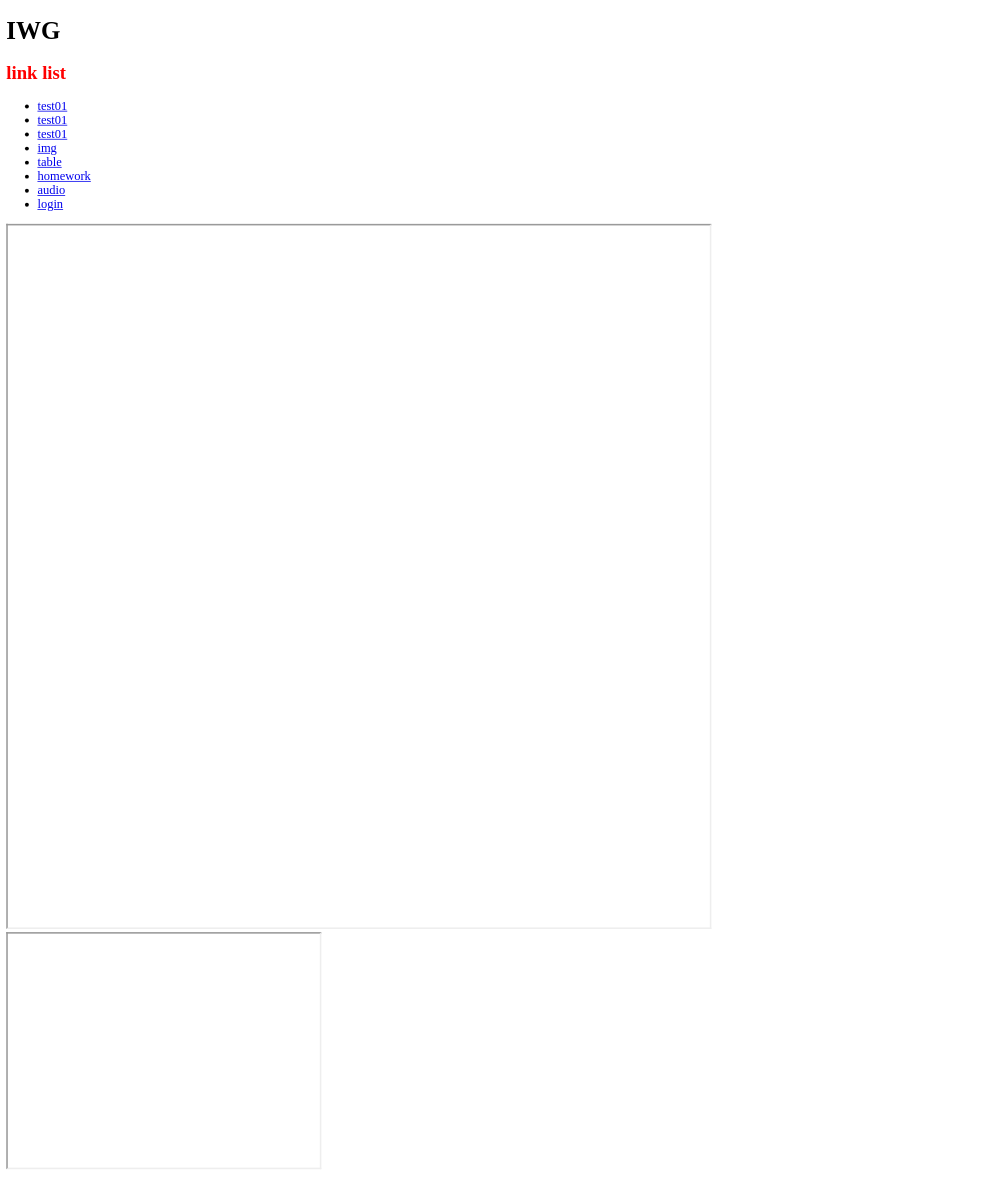
Repository: ssleap/multicampusIoT
Page: workspace190520/edu1/WebContent/index.html
These files come from the project's save history. The page is drawn as it stood at one moment and after the next save; the edit follows.
The browser window is 1280 px wide. The pictures show the whole page, at 78% of full size.

Above is the page before, as saved 2019-05-22 02:17:51.

### workspace190520/edu1/WebContent/index.html
<!DOCTYPE html>
<html>
<head>
<meta charset="UTF-8">
<title>TITLE</title>
</head>
<body>

	<h1 class = "h">IWG</h1>

	<h2 id = "i" class = "h" title = "link list" style = "color : red">
		link list
	</h2>

	<ul>
	<li><a href = "test01.html">test01</a></li>
	<li><a href = "C:/workspace190520/edu1/WebContent/test01.html">test01</a></li>
	<li><a href = "http://70.12.115.57:9090/edu1/test01.html">test01</a></li>
	<li><a href = "./img.html">img</a></li>
	<li><a href = "./table.html" target = "iframe2">table</a></li>
	<li><a href = "./workshop.html" target = "iframe1">homework</a></li>
	<li><a href = "./audio.html">audio</a></li>
	<li><a href = "login.html">login</a></li>
	</ul>

	<iframe name = "iframe1" width = "900"
	height = "900"></iframe>
	<iframe name = "iframe2" width = "400"
	height = "300"></iframe>

</body>
</html>

After the next save:
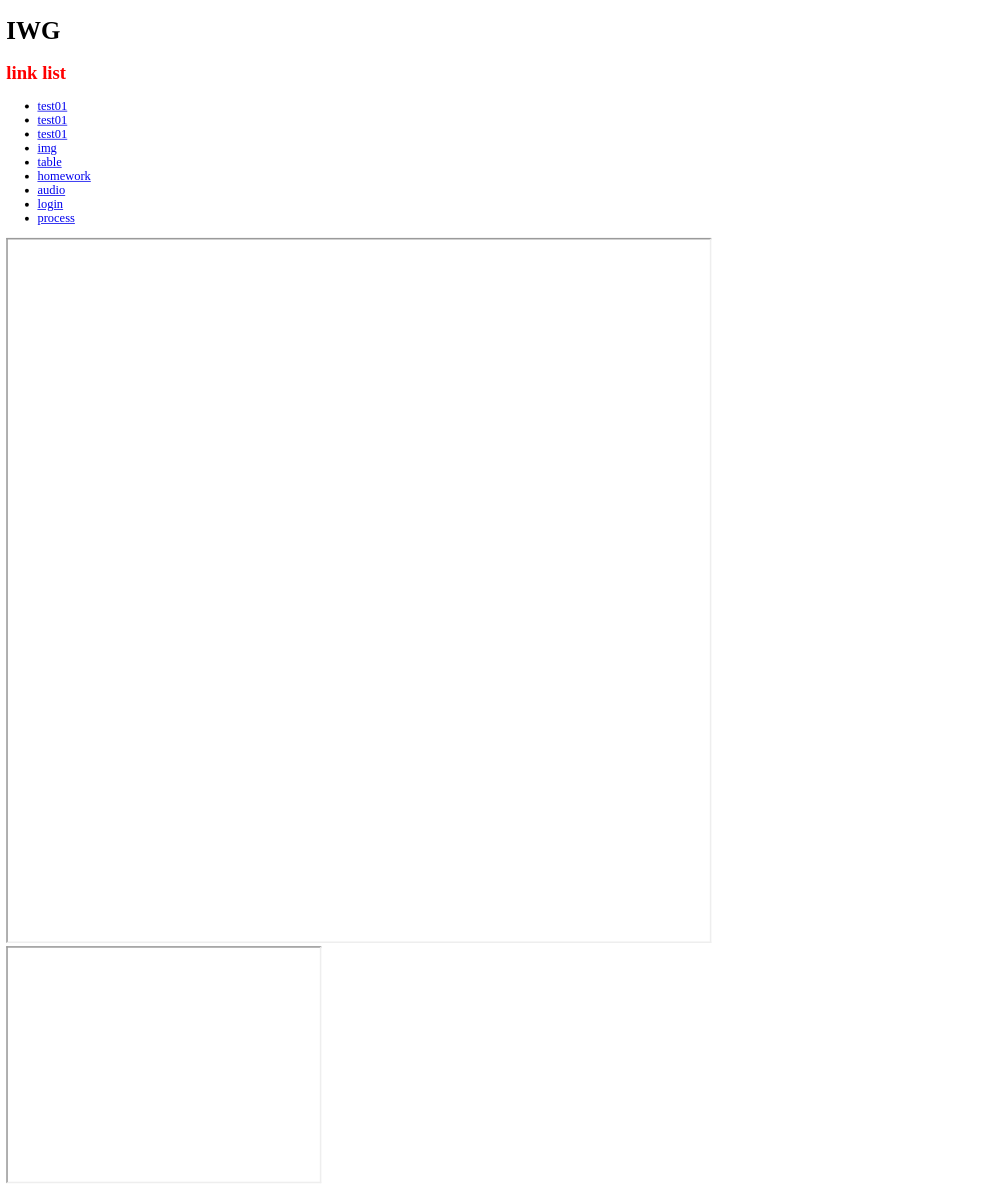
Saved 82 s later.
--- a/workspace190520/edu1/WebContent/index.html
+++ b/workspace190520/edu1/WebContent/index.html
@@ -21,6 +21,7 @@
 	<li><a href = "./workshop.html" target = "iframe1">homework</a></li>
 	<li><a href = "./audio.html">audio</a></li>
 	<li><a href = "login.html">login</a></li>
+	<li><a href = "./process.jsp?id='****'&pw = '0000'">process</a></li>
 	</ul>
 
 	<iframe name = "iframe1" width = "900"
